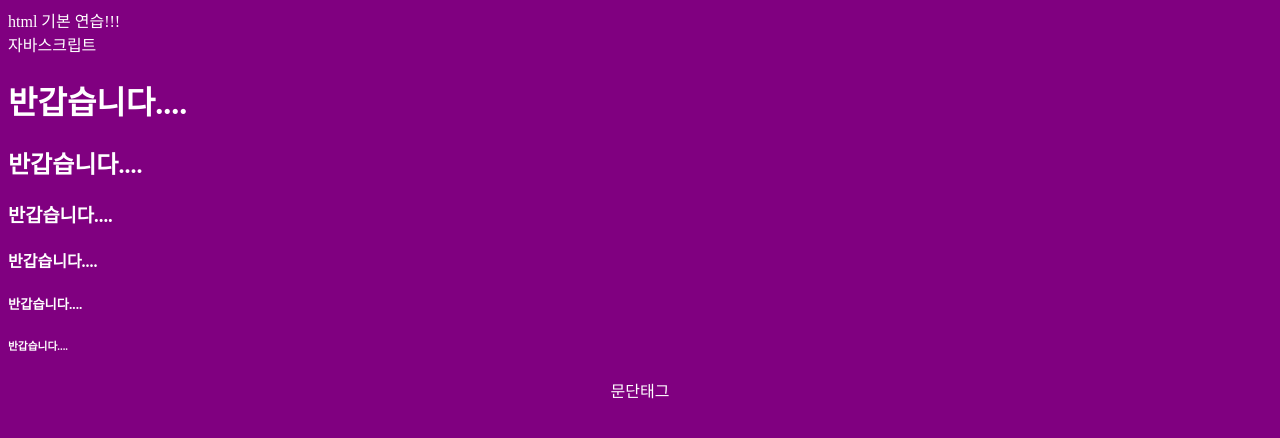
Repository: salee1023/JSP_Practice
Page: HTML_CSS_JS_practice01/src/main/webapp/html01.htm
An editor plug-in stored every save of this project. The page is shown before and after the next save, followed by the edit.
The browser window is 1280 px wide. The pictures show the whole page.

Above is the page before, as saved 2021-08-16 09:08:01.

After the next save:
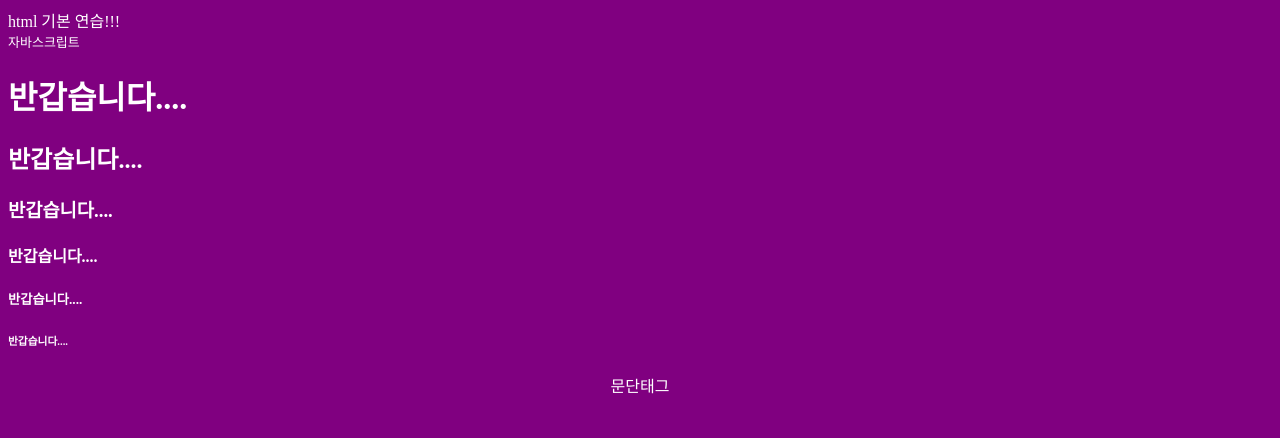
Saved 19 s later.
--- a/HTML_CSS_JS_practice01/src/main/webapp/html01.htm
+++ b/HTML_CSS_JS_practice01/src/main/webapp/html01.htm
@@ -17,7 +17,7 @@
 <title>html 연습</title>
 </head>
 <body bgcolor="purple" text="white">
-	html 기본 연습!!!<br><font face="바탕">자바스크립트</font><h1>반갑습니다....</h1>
+	html 기본 연습!!!<br><font face="바탕" size="2">자바스크립트</font><h1>반갑습니다....</h1>
 	<h2>반갑습니다....</h2><h3>반갑습니다....</h3><h4>반갑습니다....</h4><h5>반갑습니다....</h5><h6>반갑습니다....</h6>
 	<p align="center">문단태그</p>
 </body>
